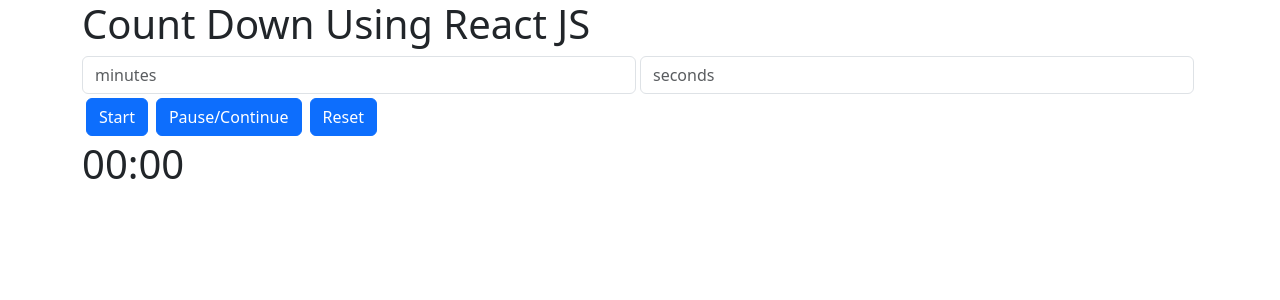
Repository: maheshdama13/reactjs-count-down
Page: /
These files come from the project's save history. The page is drawn as it stood at one moment and after the next save; the edit follows.
The browser window is 1280 px wide. The pictures show the whole page.
The project was rebuilt for these pictures with package versions that can differ from the ones it lists, and the page was loaded fresh each time. Also part of the build but not shown: src/App.css.

Above is the page before, as saved 2022-07-01 02:17:32.

After the next save:
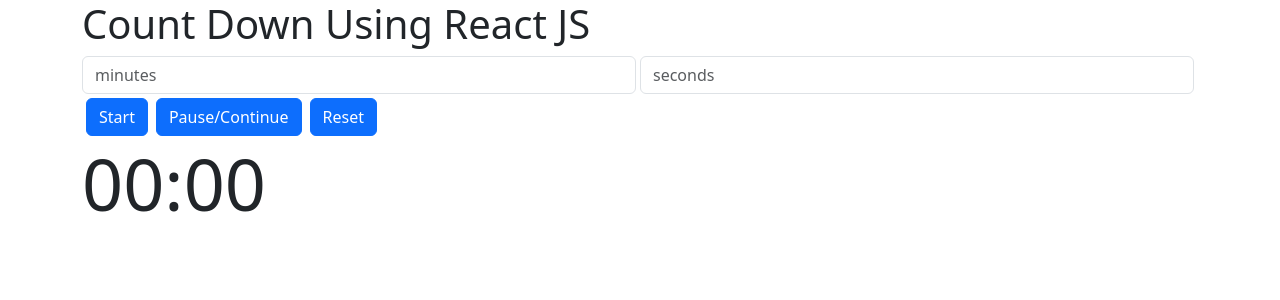
Saved 2 min 5 s later.
--- a/src/components/CountDown.js
+++ b/src/components/CountDown.js
@@ -68,7 +68,7 @@
       </form>
 
 
-      <h1 className='text-2xl'>{formattedTimer} {isTimerRunning ? 'Running' : ''}</h1>
+      <h1 className='display-2'>{formattedTimer} {isTimerRunning ? 'Running' : ''}</h1>
     </div>
   )
 }
